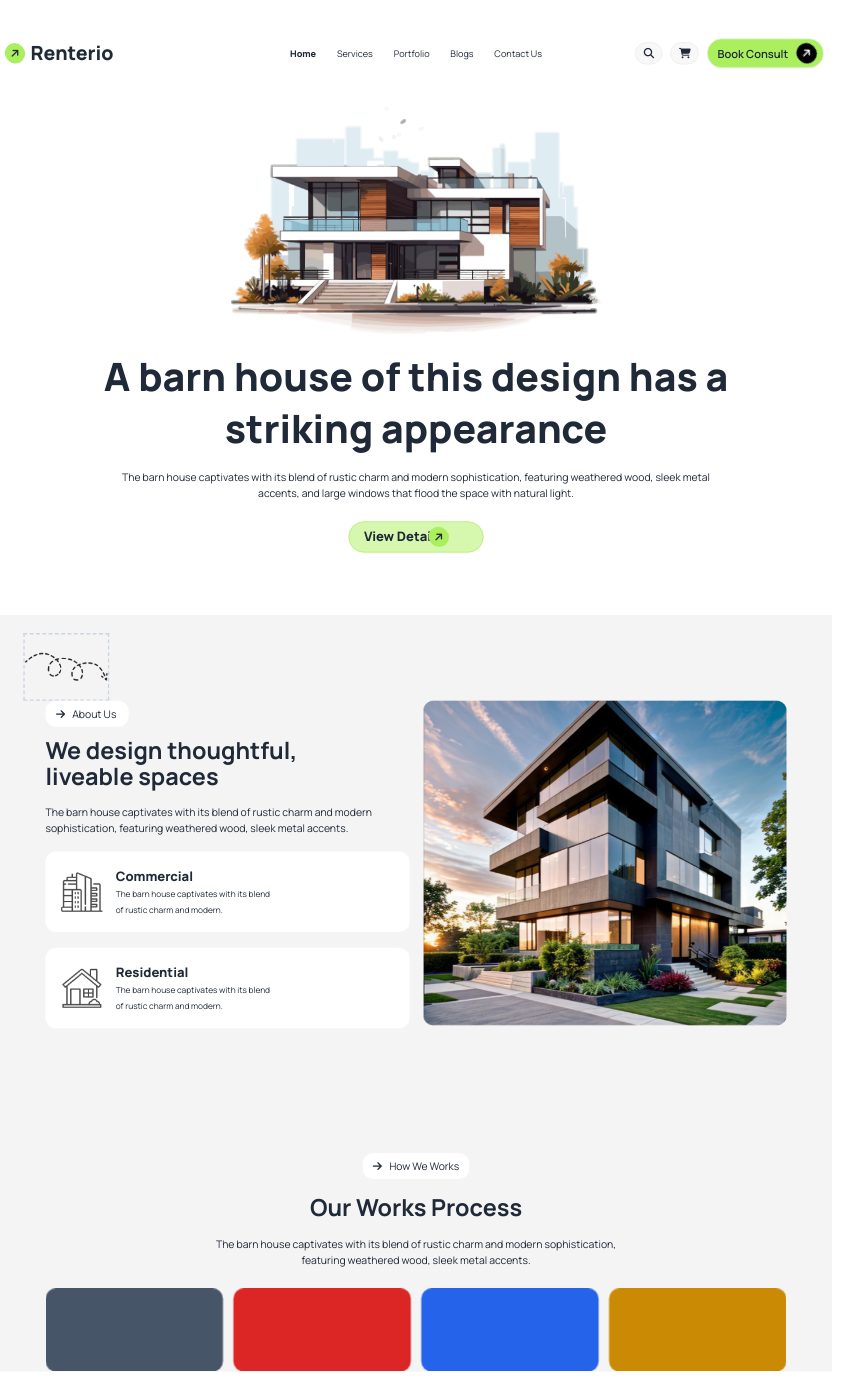
Repository: Tanvir4312/assignment-03
Page: index.html
An editor plug-in stored every save of this project. The page is shown before and after the next save, followed by the edit.
The browser window is 1280 px wide. The page is 1325 px wide, so the pictures cover 1325 px, including what lies to the right of the window. The pictures show the whole page, at 65% of full size.
Some web libraries are served in a nearby version.

Above is the page before, as saved 2024-10-30 17:12:24.

### index.html
<!DOCTYPE html>
<html lang="en">

<head>
    <meta charset="UTF-8">
    <meta name="viewport" content="width=device-width, initial-scale=1.0">
    <title>Renterio</title>
    <link rel="stylesheet" href="styles/styles.css">
    <!-- DaisyUI -->
    <link href="https://cdn.jsdelivr.net/npm/daisyui@4.12.14/dist/full.min.css" rel="stylesheet" type="text/css" />
    <script src="https://cdn.tailwindcss.com"></script>
    <!-- Icon -->
    <link rel="stylesheet" href="https://cdnjs.cloudflare.com/ajax/libs/font-awesome/6.6.0/css/all.min.css"
        integrity="sha512-Kc323vGBEqzTmouAECnVceyQqyqdsSiqLQISBL29aUW4U/M7pSPA/gEUZQqv1cwx4OnYxTxve5UMg5GT6L4JJg=="
        crossorigin="anonymous" referrerpolicy="no-referrer" />

    <script>
        tailwind.config = {
            theme: {
                extend: {
                    colors: {
                        clifford: '#da373d',
                        bgBtnColor: '#ABEF5F',
                        btnTextAndWorksTextColor: '#1C1C1C',
                        mainColor: '#212121',
                        secondaryColor: '#494949',

                    }
                }
            }
        }
    </script>
</head>

<body class="manrope-font">
    <header>
        <!-- Navbar -->
        <nav class="container mx-auto">
            <div class="navbar relative py-14">
                <div class="navbar-start">
                    <div class="absolute right-0">
                        <div class="dropdown">
                            <div tabindex="0" role="button"
                                class="btn btn-ghost mr-2 lg:hidden border border-[rgba(233,233,233)] rounded-full bg-[#f9f8f8]">
                                <svg xmlns="http://www.w3.org/2000/svg" class="h-5 w-5" fill="none" viewBox="0 0 24 24"
                                    stroke="currentColor">
                                    <path stroke-linecap="round" stroke-linejoin="round" stroke-width="2"
                                        d="M4 6h16M4 12h8m-8 6h16" />
                                </svg>
                            </div>
                            <div class="absolute -left-20">
                                <ul tabindex=""
                                    class="menu menu-sm dropdown-content bg-base-100 rounded-box z-[1] p-2 shadow w-32">
                                    <li><a>Home</a></li>
                                    <li><a>Services</a></li>
                                    <li><a>Portfolio</a></li>
                                    <li><a>Blogs</a></li>
                                    <li><a>Contact Us</a></li>
                                </ul>
                            </div>
                        </div>
                    </div>
                    <i class="fa-solid fa-arrow-right -rotate-45 bg-bgBtnColor p-2 rounded-full	"></i>
                    <a class="btn btn-ghost font-extrabold text-3xl pl-2">Renterio</a>
                </div>
                <div class="navbar-center hidden lg:flex">
                    <ul class="menu menu-horizontal px-1">
                        <li><a class="font-extrabold">Home</a></li>
                        <li><a>Services</a></li>
                        <li><a>Portfolio</a></li>
                        <li><a>Blogs</a></li>
                        <li><a>Contact Us</a></li>
                    </ul>
                </div>

                <div class="navbar-end hidden md:block">
                    <div class="flex justify-end">
                        <div class="flex items-center gap-3 mr-2">
                            <div class="px-3 py-1 border border-[rgba(233,233,233)] rounded-full bg-[#f9f8f8]">
                                <i class="fa-solid fa-magnifying-glass"></i>
                            </div>
                            <div class="px-3 py-1 border border-[rgba(233,233,233)] rounded-full bg-[#f9f8f8]">
                                <i class="fa-solid fa-cart-shopping"></i>
                            </div>
                        </div>
                        <div class="relative ">
                            <button class="btn bg-bgBtnColor rounded-3xl pr-14 text-lg font-semibold">Book
                                Consult</button>
                            <i
                                class="fa-solid fa-arrow-right -rotate-45 bg-black text-white p-2 rounded-full absolute top-2 right-4 "></i>
                        </div>
                    </div>
                </div>
            </div>
        </nav>
        <!-- Banner -->
        <section class="banner text-center">
            <!-- Banner Image -->
            <div class="flex justify-center px-14">
                <img src="./assets/banner.png" alt="">
            </div>
            <!-- Banner Text -->
            <div class="mt-6">
                <h1 class="text-3xl md:text-6xl font-extrabold md:leading-[80px]">A barn house of this design
                    has a <br>striking appearance
                </h1>
                <p class="mt-6 mb-8 px-5">The barn house captivates with its blend of rustic charm and modern
                    sophistication,
                    featuring weathered wood, sleek metal <br> accents, and large windows that flood the space with
                    natural light.</p>
                <!-- Banner Button -->
                <div class="relative flex px-2 md:justify-center md:items-center">
                    <div class="w-full text-start md:text-center">
                        <button
                            class="btn border border-[rgba(171,239,95)] bg-[rgba(171,239,95,0.5)] rounded-3xl mainColor text-xl font-extrabold pr-14 l w-full md:w-52">View
                            Details</button>
                    </div>
                    <div>
                        <i
                            class="fa-solid fa-arrow-right -rotate-45 bg-bgBtnColor p-2 rounded-full absolute bottom-2 right-[590px]"></i>

                        <i
                            class="md:hidden absolute top-3 right-20 fa-solid fa-arrow-right -rotate-45 bg-bgBtnColor p-2 rounded-full"></i>
                    </div>
                </div>
            </div>
        </section>
    </header>

    <main class="bg-[#F4F4F4]">
        <!-- Commercial and Residential Section -->
        <section class="bg-[#F4F4F4] my-24 pt-7 pb-24">
            <!-- Vector Image -->
            <img class="hidden md:block border-dashed border-2 border-slate-300 py-7 ml-9" src="./assets/Vector.png"
                alt="">
            <div class="md:w-[1140px] mx-auto grid md:grid-cols-2 grid-cols-1 gap-5 p-4 md:p-0">
                <div>
                    <!-- About Us Button -->
                    <div class="flex justify-center md:flex-col">
                        <div class="bg-white w-32 py-2 px-4 rounded-2xl">
                            <i class="fa-solid fa-arrow-right pr-2"></i>
                            <button>About Us</button>
                        </div>
                    </div>
                    <!-- Text -->
                    <div class="mt-4 md:text-start text-center">
                        <h1 class="text-2xl md:text-4xl font-bold mainColor mb-6">We design thoughtful, <br> liveable
                            spaces
                        </h1>
                        <p class="secondaryColor">The barn house captivates with its blend of rustic charm and
                            modern sophistication, featuring weathered wood, sleek metal accents.</p>
                    </div>

                    <div class="flex md:items-center gap-5 my-6 bg-white p-6 rounded-2xl">
                        <!-- Image -->
                        <div>
                            <img src="./assets/commercial.png" alt="">
                        </div>
                        <!-- Text -->
                        <div>
                            <h3 class="text-xl font-extrabold">Commercial</h3>
                            <p><small>The barn house captivates with its blend <br> of rustic charm and modern.</small>
                            </p>
                        </div>
                    </div>
                    <div class="flex md:items-center gap-5 bg-white p-6 rounded-2xl">
                        <!-- Image -->
                        <div>
                            <img src="./assets/residential.png" alt="">
                        </div>
                        <!-- Text -->
                        <div>
                            <h3 class="text-xl font-extrabold">Residential</h3>
                            <p><small>The barn house captivates with its blend <br> of rustic charm and modern.</small>
                            </p>
                        </div>
                    </div>

                </div>
                <!-- Image -->
                <div>
                    <img class="h-60 w-full md:h-[500px]" src="./assets/Rectangle.png" alt="">
                </div>
            </div>
        </section>

        <!-- Works Process section -->
        <section class="md:w-[1140px] mx-auto">
            <div class="flex justify-center">
                <div class="bg-white py-2 px-4 rounded-2xl">
                    <i class="fa-solid fa-arrow-right pr-2"></i>
                    <button>How We Works</button>
                </div>
            </div>
            <div class="text-center">
                <h1 class="py-6 text-4xl font-bold">Our Works Process</h1>
                <p>The barn house captivates with its blend of rustic charm and modern sophistication, <br> featuring
                    weathered wood, sleek metal accents.</p>
            </div>
            <div class="card grid grid-cols-1 md:grid-cols-4 gap-4 my-8">
                <div class="bg-slate-600 h-32 rounded-2xl"></div>
                <div class="bg-red-600 h-32 rounded-2xl"></div>
                <div class="bg-blue-600 h-32 rounded-2xl"></div>
                <div class="bg-yellow-600 h-32 rounded-2xl"></div>
            </div>
        </section>
    </main>

</body>

</html>

### styles/styles.css
/* Font */
@import url('https://fonts.googleapis.com/css2?family=Manrope:wght@200..800&display=swap');


.manrope-font {
  font-family: "Manrope", sans-serif;


}

After the next save:
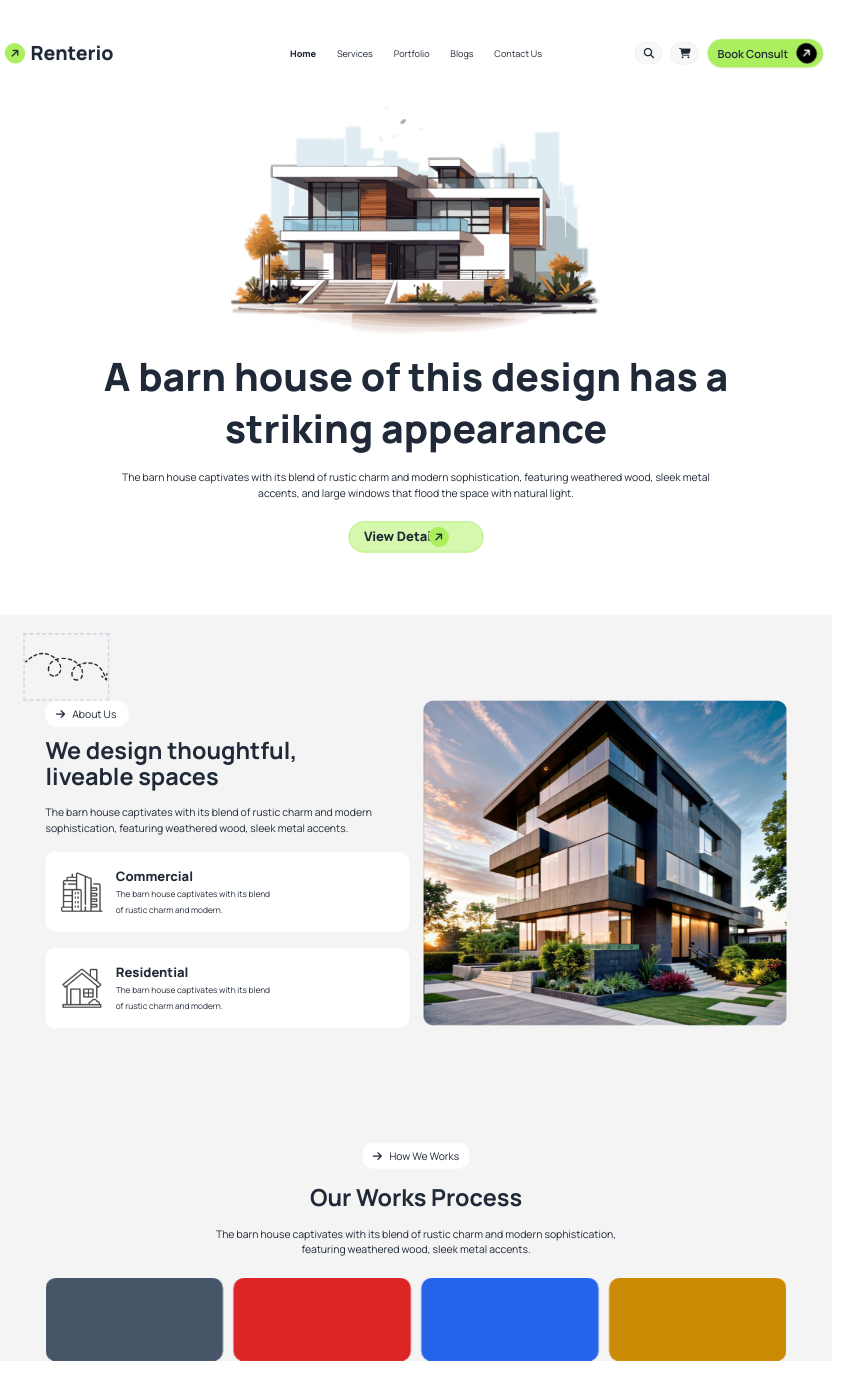
Saved 2 min 11 s later.
--- a/index.html
+++ b/index.html
@@ -129,7 +129,7 @@
 
     <main class="bg-[#F4F4F4]">
         <!-- Commercial and Residential Section -->
-        <section class="bg-[#F4F4F4] my-24 pt-7 pb-24">
+        <section class="bg-[#F4F4F4] my-24 pt-7 pb-5 md:pb-20">
             <!-- Vector Image -->
             <img class="hidden md:block border-dashed border-2 border-slate-300 py-7 ml-9" src="./assets/Vector.png"
                 alt="">
